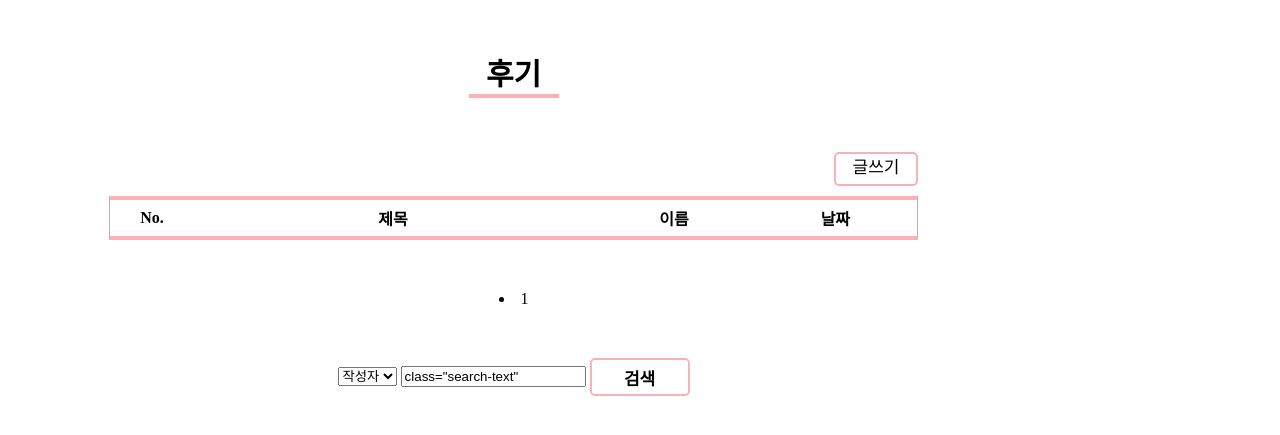
Repository: seugju/HSDsemi
Page: http://localhost/studioMood/postList?reqPage=1
An editor plug-in stored every save of this project. The page is shown before and after the next save, followed by the edit.
The browser window is 1280 px wide. The pictures show the whole page.
The page is served by Tomcat 9. Queries for data that is not in the repository find no rows.

Above is the page before, as saved 2020-11-25 07:16:07.

After the next save:
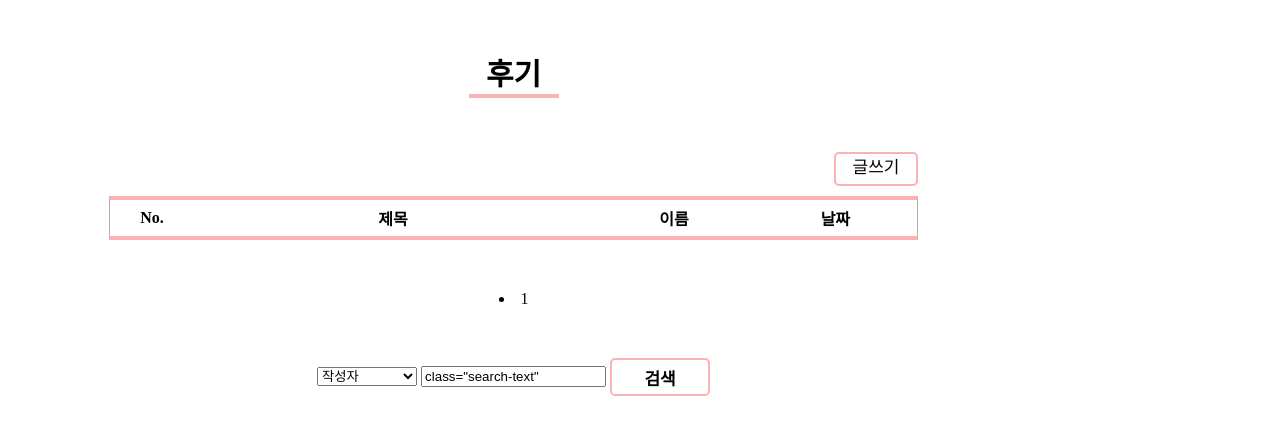
Saved 28 min 25 s later.
--- a/project-workspace/studioMood/WebContent/WEB-INF/views/post/postList.jsp
+++ b/project-workspace/studioMood/WebContent/WEB-INF/views/post/postList.jsp
@@ -98,6 +98,9 @@
             text-align: center;
             margin: 50px;
         }
+        .post>form>select{
+        width : 100px;
+        }
     </style>
 </head>
 <body>
